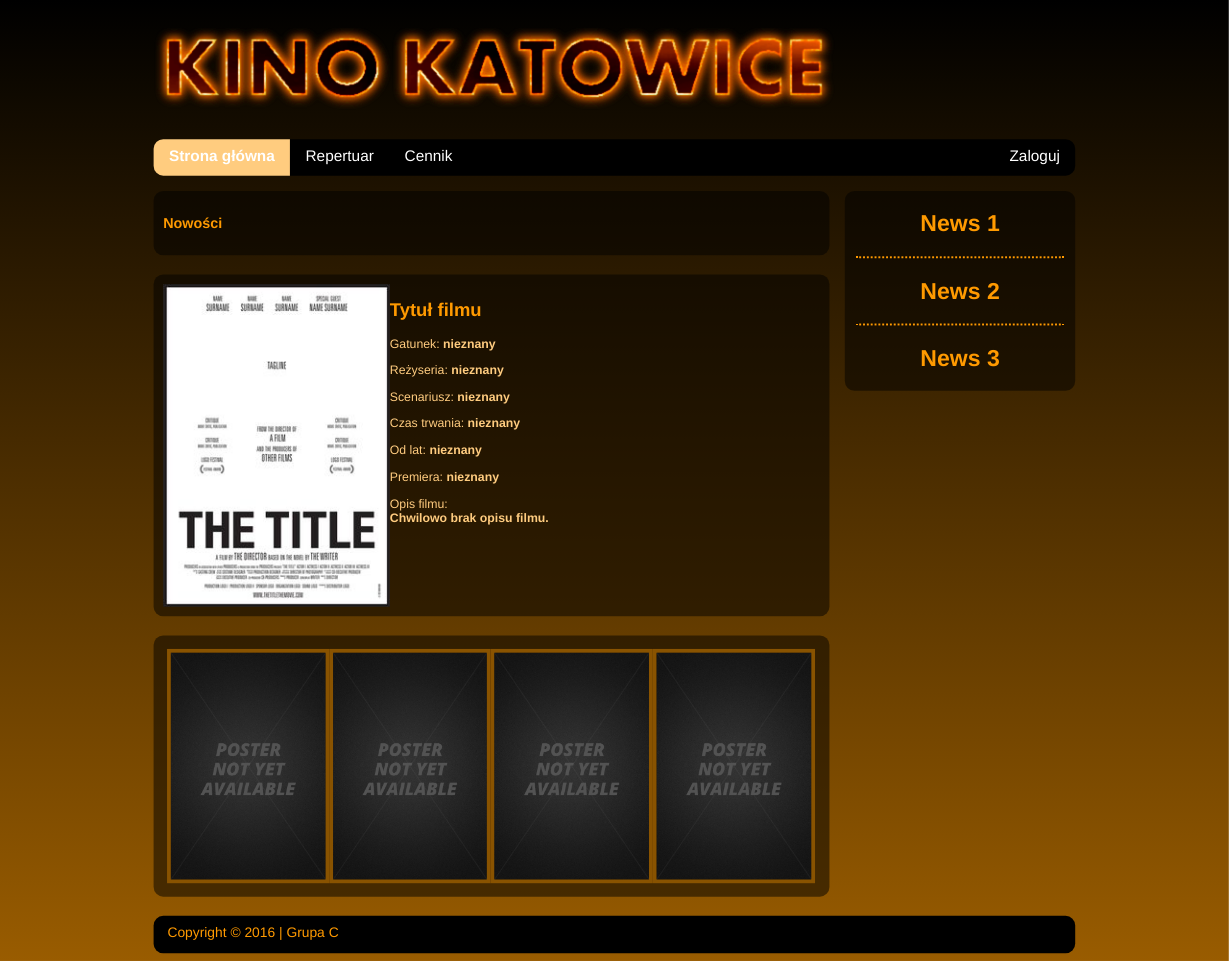
Repository: Gate4/Grupa-C
Page: http://localhost/KinoWebApp/WEB-INF/jsp/welcome.jsp
An editor plug-in stored every save of this project. The page is shown before and after the next save, followed by the edit.
The browser window is 1280 px wide. The pictures show the whole page, at 96% of full size.
Some web libraries are served in a nearby version. The page is served by Tomcat 9. Nobody is signed in. The template is opened directly, without the code that normally fills it, so the values that code supplies are empty.

Above is the page before, as saved 2016-04-21 22:05:01.

After the next save:
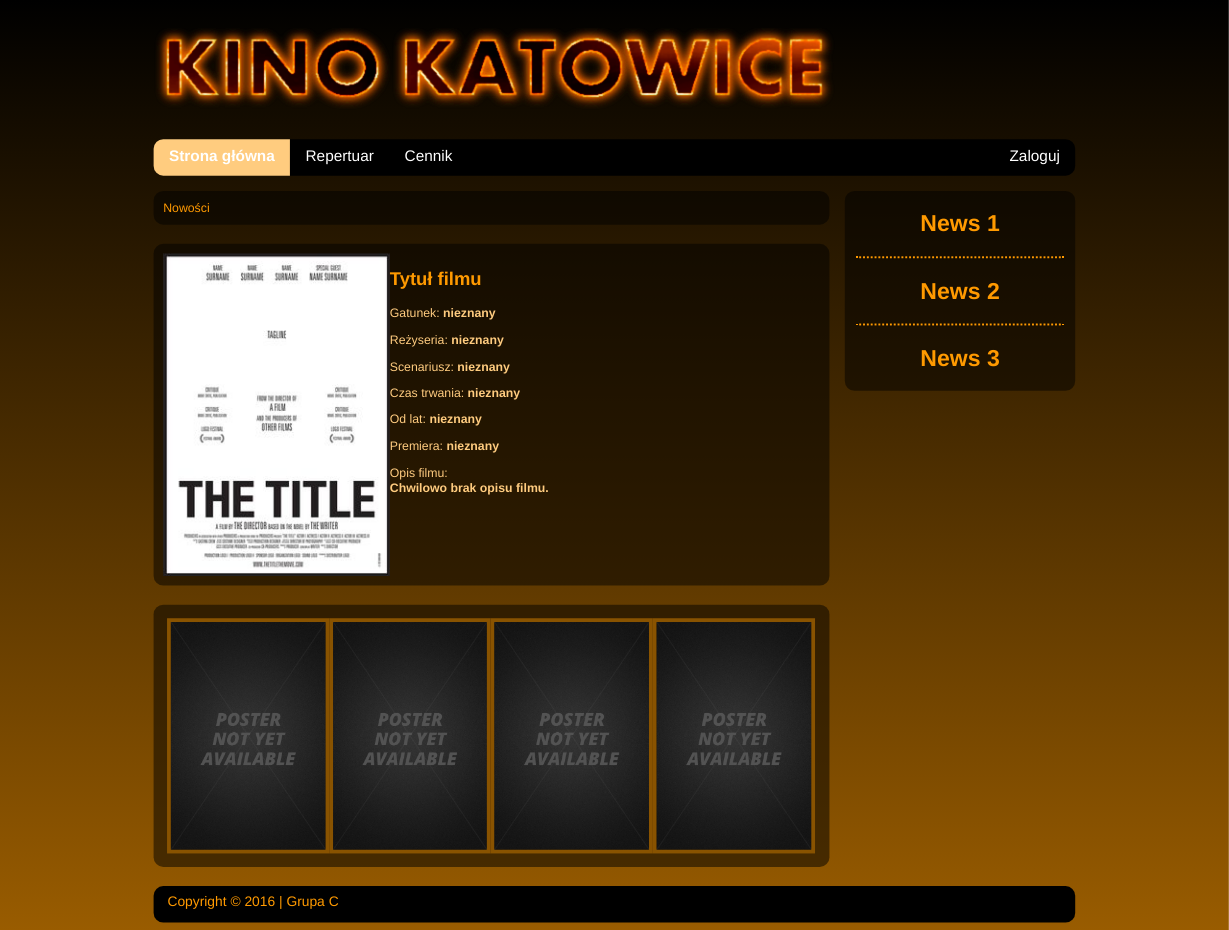
Saved 106 s later.
--- a/KinoWebApp/WebContent/WEB-INF/jsp/welcome.jsp
+++ b/KinoWebApp/WebContent/WEB-INF/jsp/welcome.jsp
@@ -34,7 +34,7 @@
 		<div id="content" role="main">
 			<section class="primary">
 			<section class="tile">
-			<h3>Nowości</h3>
+			Nowości
 			</section>
 				<section class="tile">
 					<img src="resources/img/poster1.jpg" alt="Tytuł filmu 1">

After the save that followed:
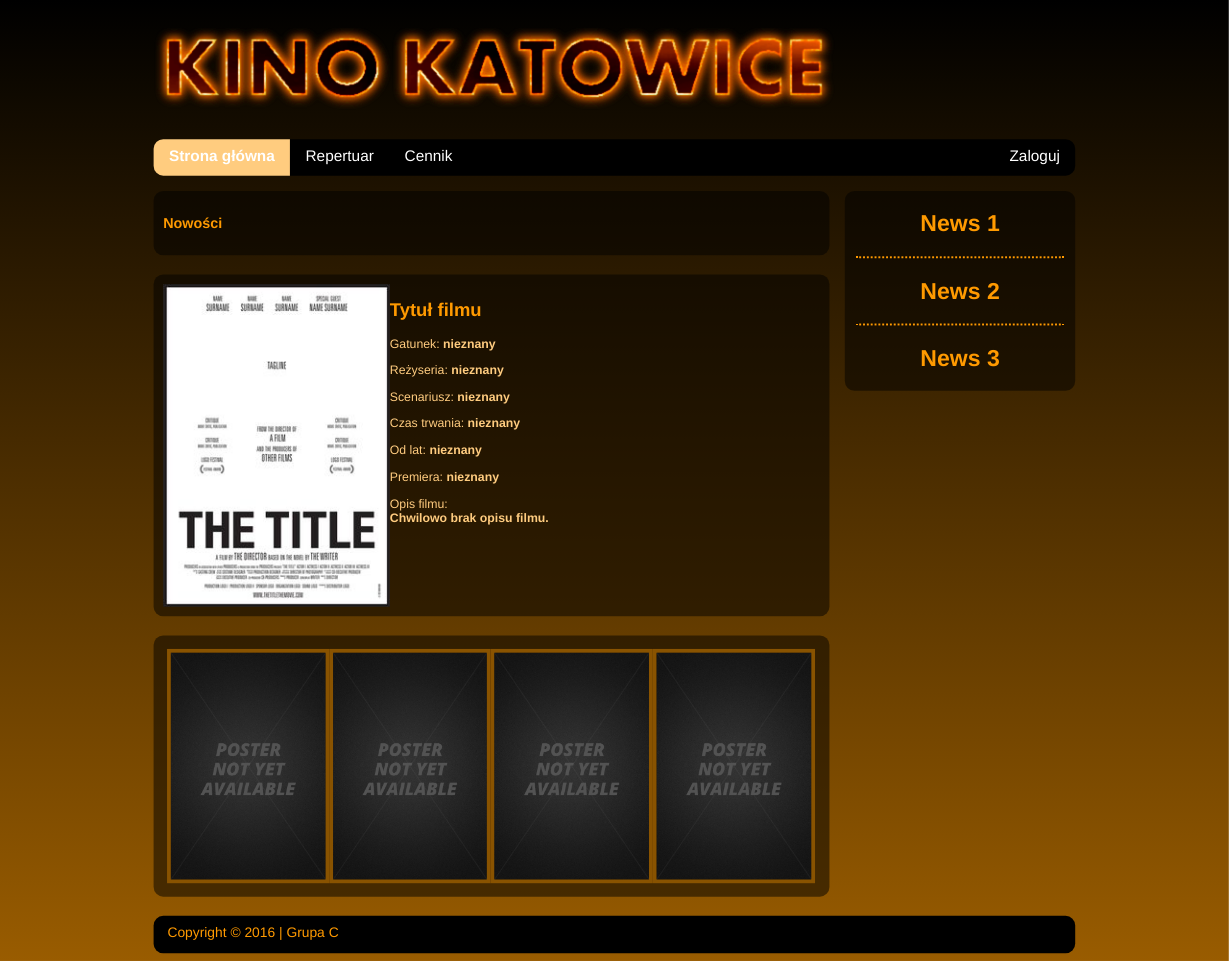
Saved 20 s later.
--- a/KinoWebApp/WebContent/WEB-INF/jsp/welcome.jsp
+++ b/KinoWebApp/WebContent/WEB-INF/jsp/welcome.jsp
@@ -34,7 +34,7 @@
 		<div id="content" role="main">
 			<section class="primary">
 			<section class="tile">
-			Nowości
+			<h1>Nowości</h1>
 			</section>
 				<section class="tile">
 					<img src="resources/img/poster1.jpg" alt="Tytuł filmu 1">
